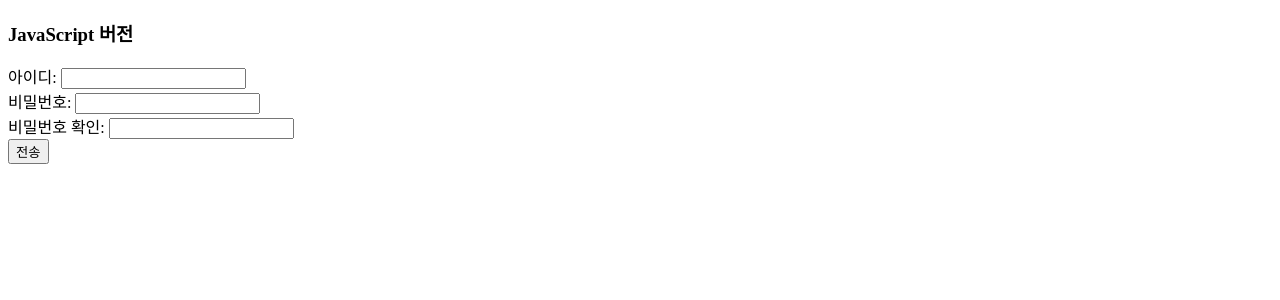
Repository: LeeKukJu/JSP-Study
Page: http://localhost/JSPBookExcercise/ch08/validation02_1.jsp
These files come from the project's save history. The page is drawn as it stood at one moment and after the next save; the edit follows.
The browser window is 1280 px wide. The pictures show the whole page.
The page is served by Tomcat 9.

Above is the page before, as saved 2023-02-02 05:28:45.

### JSPBookExcercise/WebContent/ch08/validation02_1.jsp
<%@ page language="java" contentType="text/html; charset=UTF-8"
    pageEncoding="UTF-8"%>
<!DOCTYPE html>
<html>
<head>
<meta charset="UTF-8">
<title>Insert title here</title>
</head>
<script type="text/javascript">
	function CheckForm() {
		var form = document.loginForm;
		var pw = form.pw.value;
		var pwCheck = form.pw2.value;

		var regExpPw = /(\w)\1{2,}/;

		if(form.id.value == ""){
			alert("아이디를 입력해주세요.");
			form.id.focus();
			form.id.select();
			return;
		}else if(form.pw.value == ""){
			alert("비밀번호를 입력해주세요.");
			form.pw.focus();
			form.pw.select();
			return;
		}

		if(form.pw.value.includes(form.id.value)){
			alert("비밀번호는 ID를 포함할 수 없습니다.");
			form.pw.focus();
			form.pw.select();
			return;
		}

		if(pw != pwCheck){
			alert("비밀번호가 일치하지 않습니다..")
			form.pw2.focus();
			form.pw2.select();
			return;
		}

		if(regExpPw.test(pw)){
			alert("영문, 숫자는 3자이상 연속 입력할 수 없습니다.")
			form.pw.focus();
			form.pw.select();
			return;
		}

		form.submit();
	}
</script>
<body>
	<h3>JavaScript 버전</h3>
	<form action="validation_process.jsp" name="loginForm" method="post">
		아이디: <input type="text" name="id"/><br>
		비밀번호: <input type="text" name="pw"/><br>
		비밀번호 확인: <input type="text" name="pw2"/><br>
		<input type="button" value="전송" onclick="CheckForm()"/>
	</form>
</body>
</html>

After the next save:
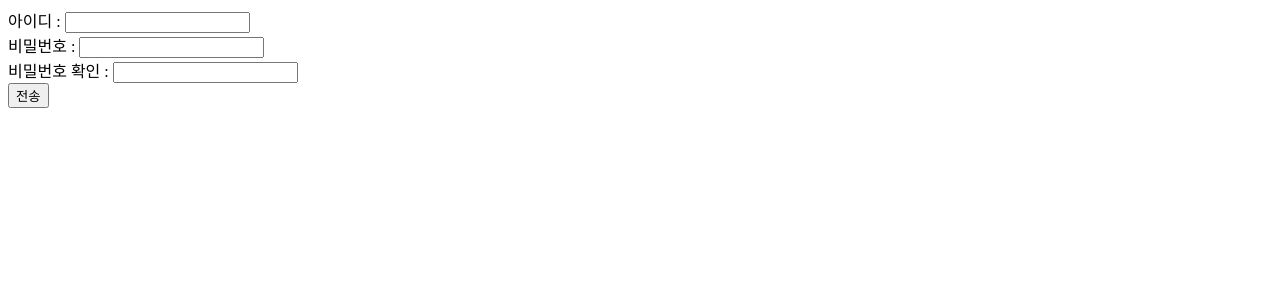
Saved 27 min 50 s later.
--- a/JSPBookExcercise/WebContent/ch08/validation02_1.jsp
+++ b/JSPBookExcercise/WebContent/ch08/validation02_1.jsp
@@ -6,57 +6,83 @@
 <meta charset="UTF-8">
 <title>Insert title here</title>
 </head>
+<script src="https://ajax.googleapis.com/ajax/libs/jquery/3.6.3/jquery.min.js"></script>
 <script type="text/javascript">
-	function CheckForm() {
-		var form = document.loginForm;
-		var pw = form.pw.value;
-		var pwCheck = form.pw2.value;
 
-		var regExpPw = /(\w)\1{2,}/;
 
-		if(form.id.value == ""){
-			alert("아이디를 입력해주세요.");
-			form.id.focus();
-			form.id.select();
-			return;
-		}else if(form.pw.value == ""){
-			alert("비밀번호를 입력해주세요.");
-			form.pw.focus();
-			form.pw.select();
-			return;
-		}
 
-		if(form.pw.value.includes(form.id.value)){
-			alert("비밀번호는 ID를 포함할 수 없습니다.");
-			form.pw.focus();
-			form.pw.select();
-			return;
-		}
+var pw_flag = true;
 
-		if(pw != pwCheck){
-			alert("비밀번호가 일치하지 않습니다..")
-			form.pw2.focus();
-			form.pw2.select();
-			return;
-		}
+function loginCheck() {
 
-		if(regExpPw.test(pw)){
-			alert("영문, 숫자는 3자이상 연속 입력할 수 없습니다.")
-			form.pw.focus();
-			form.pw.select();
-			return;
-		}
+var id = document.getElementById("id").value;
+var pw = document.getElementById("pw").value;
+var pwConfirm = document.getElementById("pwCheck").value;
 
-		form.submit();
-	}
+pw_flag = true;
+var regExpPw = /(a-z+){3,}|([0-9]+){3,}/;
+var regExpPw1 = /([a]+){3}|([b]+){3}|([c]+){3}|([d]+){3}|([e]+){3}|([f]+){3}|(g]+){3}|([h]+){3}|([i]+){3}|([j]+){3}|([k]+){3}|([l]+){3}|([m]+){3}|([n]+){3}|([o]+){3}|([p]+){3}|([q]+){3}|([r]+){3}|([s]+){3}|([t]+){3}|([u]+){3}|([v]+){3}|([w]+){3}|([x]+){3}|([y]+){3}|([z]+){3}/;
+
+
+if(id.length ==0 ){
+   alert("아이디를 입력해주세요");
+   return false;
+}
+
+if(pw.lenth == 0) {
+   alert("비밀번호를 입력해주세요");
+   return false;
+}else {
+   if(pw != pwConfirm) {
+      alert("비밀번호가 일치하지 않습니다.")
+      return false;
+   }
+}
+
+   if(regExpPw1.test(pw)) {
+      alert("동일한 영문, 숫자는 3자 이상 연속 입력할 수 없습니다.");
+      return false;
+
+   }else {
+      if(regExpPw.test(pw)){
+         alert("영문, 숫자는 3자 이상 연속 입력할 수 없습니다.")
+         return false;
+      }
+   }
+
+   document.form.submit
+
+
+
+//     var form = document.login;
+
+//     var pw = form.pw.value;
+
+
+//       if(/(\w)\1\1/.test(pw)){
+//          alert("영문, 숫자는 3자이상 연속 입력할 수 없습니다. ")
+//          form.pw.select();
+//          return false;
+//       }
+
+//       form.submit();
+
+}
 </script>
 <body>
-	<h3>JavaScript 버전</h3>
-	<form action="validation_process.jsp" name="loginForm" method="post">
-		아이디: <input type="text" name="id"/><br>
-		비밀번호: <input type="text" name="pw"/><br>
-		비밀번호 확인: <input type="text" name="pw2"/><br>
-		<input type="button" value="전송" onclick="CheckForm()"/>
-	</form>
+
+
+
+   <form name="login" action="validation_process.jsp" method="post">
+      아이디 : <input type="text" name="id" id="id"/><br/>
+      비밀번호 : <input type="text" name="pw" id="pw"/><br/>
+      비밀번호 확인 : <input type="text" name="pwCheck" id="pwCheck"/><br/>
+   <input type="button" value="전송" onclick="loginCheck()"/>
+   </form>
+
+
+
+
+
 </body>
 </html>
